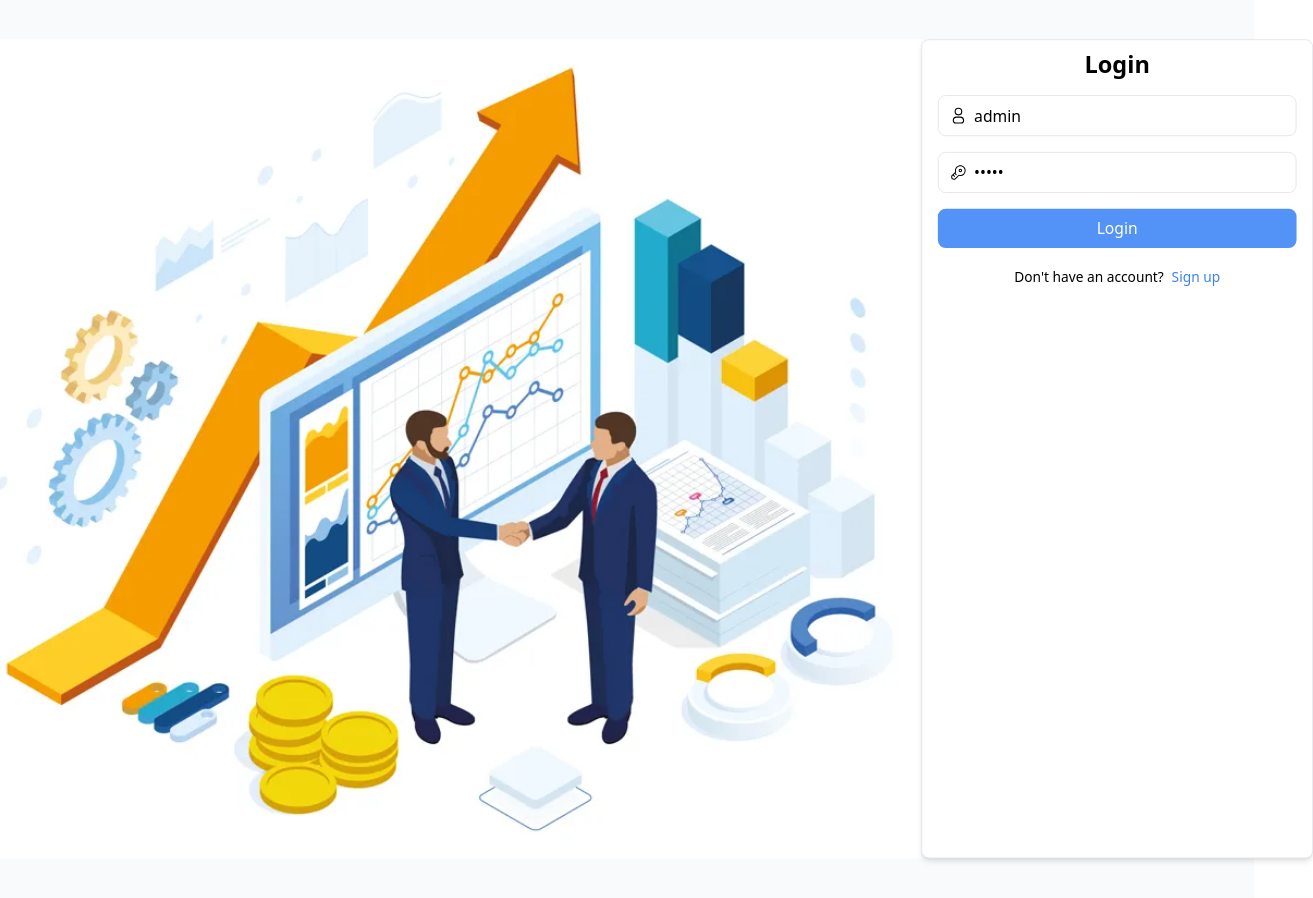
Repository: Fortivera/yourestate
Page: /
The author's editor kept a copy of each file at every save. The page is drawn from the files as they stood at one save, then again after the next save.
The browser window is 1280 px wide. The page is 1340 px wide, then 1290 px, so the pictures cover 1340 px, including what lies to the right of the window. The pictures show the whole page, at 98% of full size.
The project was rebuilt for these pictures with package versions that can differ from the ones it lists, and the page was loaded fresh each time. The framework's server and built-in components were replaced by stand-ins that run in the browser. Also part of the build but not shown: next.config.js.

Above is the page before, as saved 2023-11-02 14:30:06.

After the next save:
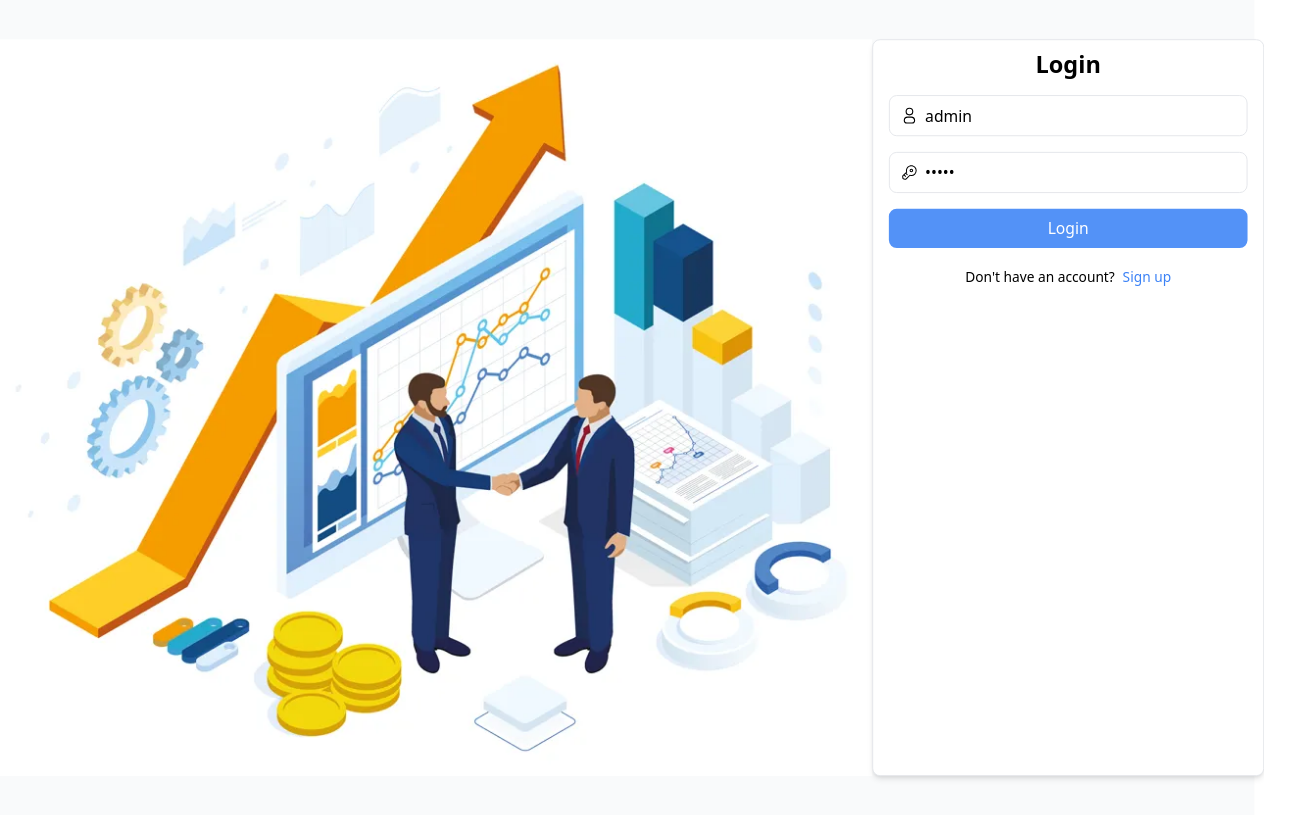
Saved 53 s later.
--- a/src/app/page.tsx
+++ b/src/app/page.tsx
@@ -8,7 +8,7 @@ export default function Login() {
     <div className="min-h-screen bg-gray-50 flex items-center justify-center">
       <div className="flex justify-center w-full px-4 py-10 tablet:w-[540px] laptop:w-full">
         <div className="flex laptop:flex-row tablet:flex-col mobile:flex-col">
-          <figure className=" w-[1000px]  ">
+          <figure className=" w-[900px]  ">
             <Image src="/static/growth.jpg" alt="login page picture" layout="responsive" width={500} height={700} className={""} />
           </figure>
           <div className="w-[400px] px-4 pb-8 pt-2 bg-white border rounded-lg shadow-md">
